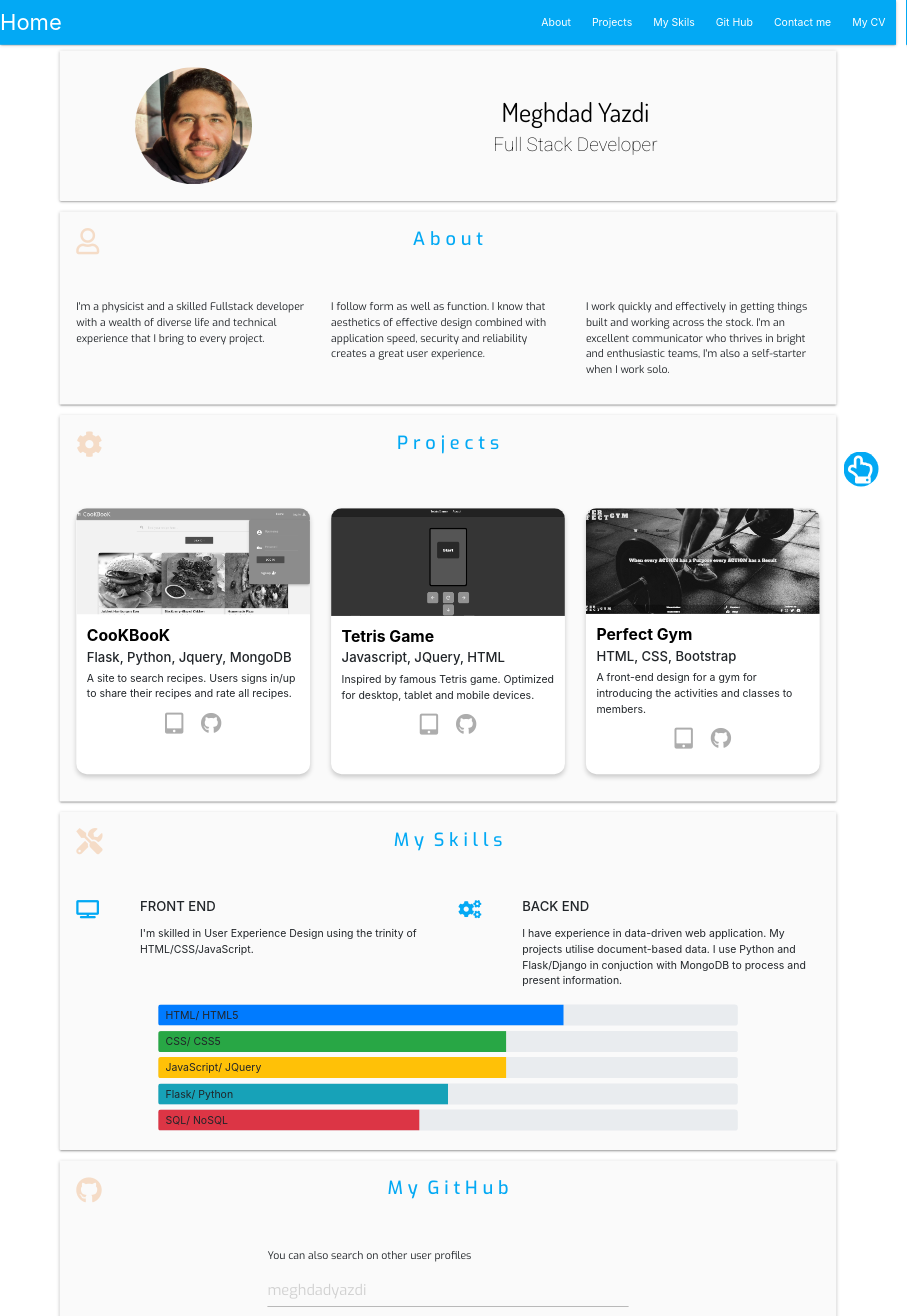
Repository: meghdadyazdi/SD_Res
Page: index.html
The author's editor kept a record of every edit. The page is drawn from the files as they stood at one moment, then again after the next edit.
The browser window is 1280 px wide. The page is 1295 px wide, so the pictures cover 1295 px, including what lies to the right of the window. The pictures show the part of the page from y = 0 to 1880 px (the page is 2607 px tall), at 70% of full size.
Some web libraries are served in a nearby version.

Above is the page before.
Console error: ReferenceError: $ is not defined

### index.html
<!DOCTYPE html>
<html lang="en">

<head>
  <meta charset="UTF-8">
  <meta name="viewport" content="width=device-width, initial-scale=1.0">
  <meta http-equiv="X-UA-Compatible" content="ie=edge">
  <link rel="stylesheet" href="https://cdnjs.cloudflare.com/ajax/libs/materialize/1.0.0/css/materialize.min.css">
  <link href="https://fonts.googleapis.com/icon?family=Material+Icons" rel="stylesheet">
  <link rel="stylesheet" href="assets/style.css" type="text/css" />
  <link href="https://fonts.googleapis.com/css?family=Raleway:100,100i,200,200i,300,300i,400,400i,500,500i,600,600i,700,700i,800,800i,900,900i&display=swap&subset=latin-ext" rel="stylesheet">
  <link rel="stylesheet" href="https://stackpath.bootstrapcdn.com/bootstrap/4.4.1/css/bootstrap.min.css" integrity="sha384-Vkoo8x4CGsO3+Hhxv8T/Q5PaXtkKtu6ug5TOeNV6gBiFeWPGFN9MuhOf23Q9Ifjh" crossorigin="anonymous">
  <link href="https://fonts.googleapis.com/css?family=Roboto+Slab:400,700&display=swap" rel="stylesheet">
  <link rel="stylesheet" href="https://use.fontawesome.com/releases/v5.6.1/css/all.css" integrity="sha384-gfdkjb5BdAXd+lj+gudLWI+BXq4IuLW5IT+brZEZsLFm++aCMlF1V92rMkPaX4PP" crossorigin="anonymous">
  <link href="https://fonts.googleapis.com/css?family=Dosis&display=swap" rel="stylesheet">
  <script type="text/javascript" src="assets/js/github-information.js"></script>
  <title>Meghdad Yazdi's Resume</title>

  <script type="text/javascript" src="https://cdn.jsdelivr.net/npm/emailjs-com@2.3.2/dist/email.min.js"></script>
  <script type="text/javascript">
    (function() {
      emailjs.init("user_qJqSswG9orTrNOoYLmxQi");
    })();
  </script>
</head>

<body>



  <nav>
    <div class="nav-wrapper">
      <a id="home" href="index.html" class="brand-logo">Home</a>
      <a href="#" data-target="mobile-demo" class="sidenav-trigger"><i class="material-icons">menu</i></a>
      <ul class="right hide-on-med-and-down">
        <li><a href="#about">About</a></li>
        <li><a href="#projects">Projects</a></li>
        <li><a href="#skills">My Skils</a></li>
        <li><a href="#github">Git Hub</a></li>
        <li><a href="#contact">Contact me</a></li>
        <li><a href="#cv">My CV</a></li>
      </ul>
    </div>
    <ul class="sidenav text-font" id="mobile-demo">
      <li><a href="#about">About</a></li>
      <li><a href="#projects">Projects</a></li>
      <li><a href="#skills">My Skils</a></li>
      <li><a href="#github">Git Hub</a></li>
      <li><a href="#contact">Contact me</a></li>
      <li><a href="#cv">My CV</a></li>
    </ul>
  </nav>


  <section class="container">
    <div class="card-panel grey lighten-5 z-depth-1">
      <div class="row valign-wrapper">
        <div class="col-sm-4 center">
          <!--<div class="col my_img">-->
          <img src="assets/images/meghdad_res2.jpg" alt="" class="circle responsive-img center">
          <!-- notice the "circle" class -->
          <!--</div>-->
        </div>
        <div class="col-sm-8 center">
          <div class="row">
            <div class="col-sm-12 center">
              <span class="black-text name-font">
                Meghdad Yazdi
              </span>
            </div>
            <div class="col-sm-12 center">
              <span class="black-text my-font">
                Full Stack Developer
              </span>
            </div>
          </div>
        </div>
      </div>
    </div>
  </section>

  <section class="container">
    <div class="card-panel grey lighten-5 z-depth-1">
      <div><i class="far fa-user icons"></i></div>
      <div class="row">
        <div class="col-sm-12 text-font">
          <h3 id="about" class="three-reasons-icon">A b o u t</h3>
        </div>
        <div class="col-sm-6 col-md-4 text-font m0">

          <p>
            I'm a physicist and a skilled Fullstack developer with a wealth of diverse life and technical experience that I bring to every project.
          </p>
        </div>
        <div class="col-sm-6 col-md-4 text-font m0">
          <!--<h3>HOW DO I DO IT?</h3>-->
          <p>
            I follow form as well as function. I know that aesthetics of effective design combined with application speed, security and reliability creates a great user experience.
          </p>
        </div>
        <div class="col-sm-6 col-md-4 text-font m0">
          <!--<h3>WHY HIRE ME</h3>-->
          <p>
            I work quickly and effectively in getting things built and working across the stock. I'm an excellent communicator who thrives in bright and enthusiastic teams, I'm also a self-starter when I work solo.
          </p>
        </div>
      </div>
    </div>
  </section>


  <section class="container">
    <div class="card-panel grey lighten-5 z-depth-1">
      <div><i class="fas fa-cog icons"></i></div>
      <div class="row align-items-center">
        <div class="col-sm-12 text-font">
          <h3 id="projects" class="three-reasons-icon">P r o j e c t s</h3>
        </div>

        <div class="col-sm-12 col-md-6 col-lg-4">
          <div id="cook" class="card">
            <img id="img-cook" src="assets/images/cookbook.png" alt="CooKBooK" class="work-img" style="width:100%">
            <div class="container">
              <h4><b>CooKBooK</b></h4>
              <h5>Flask, Python, Jquery, MongoDB</h5>
              <p>A site to search recipes. Users signs in/up to share their recipes and rate all recipes.</p>
              <div class="par"><a href="https://cookbook-meghdad.herokuapp.com" target="_blank"><i class="fas fa-tablet-alt"></i></a> &nbsp&nbsp&nbsp&nbsp
                <a href="https://github.com/meghdadyazdi/cookbook" target="_blank"><i class="fab fa-github"></i></a></div>
            </div>
          </div>
        </div>


        <div class="col-sm-12 col-md-6 col-lg-4">
          <div id="tetris" class="card">
            <img id="img-tetris" src="assets/images/Tetris.png" alt="Tetris Game" class="work-img" style="width:100%">
            <div class="container">
              <h4><b>Tetris Game</b></h4>
              <h5>Javascript, JQuery, HTML</h5>
              <p>Inspired by famous Tetris game. Optimized for desktop, tablet and mobile devices.</p>
              <div class="par"><a href="https://meghdadyazdi.github.io/IFD-Milestone/" target="_blank"><i class="fas fa-tablet-alt"></i></a> &nbsp&nbsp&nbsp&nbsp
                <a href="https://github.com/meghdadyazdi/IFD-Milestone" target="_blank"><i class="fab fa-github"></i></a></div>
            </div>
          </div>
        </div>


        <div class="col-sm-12 col-md-6 col-lg-4">
          <div id="gym" class="card">
            <img id="img-gym" src="assets/images/gym.png" alt="Gym" class="work-img" style="width:100%">
            <div class="container">
              <h4><b>Perfect Gym</b></h4>
              <h5>HTML, CSS, Bootstrap</h5>
              <p>A front-end design for a gym for introducing the activities and classes to members.</p>
              <div class="par"><a href="https://meghdadyazdi.github.io/UCFD-Milestone/index.html" target="_blank"><i class="fas fa-tablet-alt"></i></a> &nbsp&nbsp&nbsp&nbsp
                <a href="https://github.com/meghdadyazdi/UCFD-Milestone" target="_blank"><i class="fab fa-github"></i></a></div>
            </div>
          </div>
        </div>

      </div>

    </div>
  </section>

  <section class="container">
    <div class="card-panel grey lighten-5 z-depth-1">
      <div><i class="fas fa-tools icons"></i></div>
      <div class="col-sm-12 text-font">
        <h3 id="skills" class="three-reasons-icon">M y &nbspS k i l l s</h3>
      </div>
      <div class="row">
        <div class="col-10 offset-1 offset-sm-0 col-sm-6">
          <div class="row">
            <div class="col-2">
              <i class="three-reasons-icon fa fa-tv" aria-hiden="true"></i>
            </div>
            <div class="col-10">
              <h5 class="three-reasons-heading uppercase">FRONT END</h5>
              <p>I'm skilled in User Experience Design using the trinity of HTML/CSS/JavaScript.
              </p>
            </div>
          </div>
        </div>
        <div class="col-10 offset-1 offset-sm-0 col-sm-6">
          <div class="row">
            <div class="col-2">
              <i class="three-reasons-icon fa fa-cogs" aria-hiden="true"></i>
            </div>
            <div class="col-10">
              <h5 class="three-reasons-heading uppercase">BACK END</h5>
              <p>
                I have experience in data-driven web application. My projects utilise document-based data. I use Python and Flask/Django in conjuction with MongoDB to process and present information.
              </p>
            </div>
          </div>
        </div>
      </div>


      <div class="row progress-section">
        <div class="col">
          <div class="progress">
            <div class="progress-bar" role="progressbar" aria-valuenow="90" aria-valuemin="0" aria-valuemax="100" style="width:70%;">
              <span class="sr-only">70% complete</span>
            </div>
            <span class="progress-type progress-font">HTML/ HTML5</span>
          </div>
          <div class="progress">
            <div class="progress-bar bg-success" role="progressbar" aria-valuenow="70" aria-valuemin="0" aria-valuemax="100" style="width:60%;">
              <span class="sr-only">600% complete</span>
            </div>
            <span class="progress-type progress-font">CSS/ CSS5</span>
          </div>

          <div class="progress">
            <div class="progress-bar bg-warning" role="progressbar" aria-valuenow="80" aria-valuemin="0" aria-valuemax="100" style="width:60%;">
              <span class="sr-only">60% complete</span>
            </div>
            <span class="progress-type progress-font">JavaScript/ JQuery</span>
          </div>
          <div class="progress">
            <div class="progress-bar bg-info" role="progressbar" aria-valuenow="75" aria-valuemin="0" aria-valuemax="100" style="width:50%;">
              <span class="sr-only">50% complete</span>
            </div>
            <span class="progress-type progress-font">Flask/ Python</span>
          </div>
          <div class="progress">
            <div class="progress-bar bg-danger" role="progressbar" aria-valuenow="80" aria-valuemin="0" aria-valuemax="100" style="width:45%;">
              <span class="sr-only">45% complete</span>
            </div>
            <span class="progress-type progress-font">SQL/ NoSQL</span>
          </div>
        </div>
      </div>

    </div>
  </section>

  <section class="container">
    <div class="card-panel grey lighten-5 z-depth-1">
      <div><i class="fab fa-github icons"></i></div>
      <div class="row bg-color-contact">

        <div class="col-sm-12 text-font">
          <h3 id="github" class="three-reasons-icon">M y &nbspG i t H u b</h3>
        </div>

        <div class="col-md-6 offset-md-3 center-form text-font">

          <p>
            You can also search on other user profiles
          </p>

        </div>
        <div class="col-md-6 offset-md-3 center-form text-font">
          <input type="text" id="gh-username" placeholder="meghdadyazdi" value="" oninput="fetchGitHubInformation()" />
          <div id="gh-user-data"></div>
          <div id="gh-repo-data"></div>
        </div>
      </div>
    </div>
  </section>


  <section class="container">
    <div class="card-panel grey lighten-5 z-depth-1">
      <div><i class="far fa-envelope icons"></i></i>
      </div>
      <div class="col-sm-12 text-font">
        <h3 id="contact" class="three-reasons-icon">C o n t a c t &nbsp m e</h3>
      </div>

      <form id="myform" class="text-font">
        <label>Name</label>
        <input type="text" name="from_name" />
        <label>Email</label>
        <input type="text" name="from_email" />
        <label>Message</label>
        <input type="text" name="project_request" />
        <br><br>
        <button>Send</button>
      </form>

    </div>
  </section>


  <section class="container">
    <div class="card-panel grey lighten-5 z-depth-1">
      <div><i class="far fa-file icons"></i></div>
      <div class="col-sm-12 text-font">
        <h3 id="cv" class="three-reasons-icon">M y &nbsp C V</h3>
      </div>


      <div class="col-md-6 offset-md-3 center-form text-font">

        <p class="download">
          Need a printable vesrion of my CV? Downloaded it here

          <a href="assets/CV/CV_Meghdad Yazdi_sw.pdf" target="_blank" class="">
                     <i class="fas fa-download cv-pdf" aria-hidden="true"></i>
                     <span class="sr-only">Doanload link</span></a>
        </p>

      </div>




    </div>
  </section>





  <div class="row">
    <div class="col d-none d-md-block">
      <div class="go-home">
        <a href="#home"><i class="far fa-hand-point-up up"></i></a>
      </div>
    </div>
  </div>

</body>
<script src="https://cdnjs.cloudflare.com/ajax/libs/jquery/3.4.1/jquery.min.js" integrity="sha256-CSXorXvZcTkaix6Yvo6HppcZGetbYMGWSFlBw8HfCJo=" crossorigin="anonymous"></script>
<script src="https://cdnjs.cloudflare.com/ajax/libs/materialize/1.0.0/js/materialize.min.js"></script>
<script type="text/javascript" src="assets/js/jquery.js"></script>
<script src="https://smtpjs.com/v3/smtp.js"></script>
<script type="text/javascript" src="assets/js/main.js"></script>
<script src="assets/js/sendEmail.js"></script>


</html>

### assets/style.css
@import url('https://fonts.googleapis.com/css?family=Roboto:100,200,300,400,500,600,700|Exo:100,200,300,400,500,600,700');

nav {
    background-color: #03a9f4;
}

.sidenav {
    width: 150px;
    background-color: #03a9f4;
}

.row .col.m2 {
    width: 50%;
    margin: 0;
}

.row .col.s12 {
    width: 50%;
    margin: 0;
}

.card-panel{
    position: relative;
}

.dark-bg{
    background-color: #676767;
}

.go-home {
  position: fixed;
  right: 25px;
  bottom: 25px;
  width: 50px;
  height: 50px;
  border-radius: 50%;
  background-color: #03a9f4;
  color: white;
  text-align: center;
}

.fa-hand-point-up{
  font-size: 40px;
  margin: 5px 2px 0 0;
}

.up {
    color: #fff !important;
}

.center {
  display: block;
  margin-left: auto;
  margin-right: auto;
  width: 50%;
}

img.responsive-img {
    max-width: 50%;
}
.name-font{
    font-family: 'Dosis', sans-serif;
    /*font-family: "Roboto", sans-serif;*/
    font-size: 2.5rem;
    font-weight: 400;
    text-align: center;
}
.my-font{
    /*font-family: 'Dosis', sans-serif;*/
    font-family: "Roboto", sans-serif;
    font-size: 1.8rem;
    /*text-align: center;*/
    font-weight: 100;
}
.text-font{
    /*font-family: 'Dosis', sans-serif;*/
    font-family: "Exo", sans-serif;
    font-size: 1rem;
    /*text-align: center;*/
    font-weight: 400;
}
.row{
    margin: 0;
}

.m0{
  margin: 0 !important;
}

.p0{
  padding: 0 !important;
}

/*.row .col-sm-6{*/
/*  margin-top: 5rem; */
/*}*/

a:hover {
    color: #fff !important;
    text-decoration: none !important;
}

.card {
  box-shadow: 0 4px 8px 0 rgba(0,0,0,0.2);
  transition: 0.3s;
  width: 100%;
  height: 380px;
  border-radius: 15px !important;
  border: 0px solid rgba(0,0,0,.125) !important;
}

.card:hover {
  box-shadow: 0 8px 90px 0 rgba(0,0,0,1);
}

.mauto{
  margin: auto !important;
}

.fa-tablet-alt{
  font-size: 30px;
  color: #adadad
}

.fa-tablet-alt:hover{
  transform: rotate(5deg);
  color: #5a5a5a;
}

.fa-github{
  font-size: 30px;
  color: #adadad
}

.fa-github:hover{
  transform: rotate(5deg);
  color: #5a5a5a;
}

.par{
  text-align: center;
}

.work-img{
  filter: grayscale(100%);
}

#img-cook,
#img-tetris,
#img-gym{
  border-radius: 15px 15px 0 0;
}

h4{
  margin-top: 1rem !important;
  color: #000;
}

h3{
text-align:center;
font-size:26px;
margin-bottom: 70px !important;
}

.card-img{

}

/*__________________________Skils______________________________*/

.progress{
    position: relative;
    height: 30px !important;
    margin-bottom: 4px;
}

.progress-type{
    position: absolute;
    left: 0;
    font-weight: 400;
    padding: 4px 39px 19px 10px;
    color: #212529;
}

.progress-section{
    margin: 0px auto!important;
    width: 80%;
}

.progress-font{
  font-size: 15px;
}

/*___________________________three reason___________________________________*/

.three-reasons-icon{
    font-size: 26px;
    color: #03a9f4;
}

.three-reasons-heading{
    margin-bottom: 15px;
}


/*__________________________Github_____________________________*/
#search-area {
  display: block;
  max-width: 70%;
  margin: 0 auto;
  background: #fff;
  padding: 15px 25px;
  -webkit-box-shadow: 1px 2px 3px -1px rgba(0, 0, 0, 0.4);
  -moz-box-shadow: 1px 2px 3px -1px rgba(0, 0, 0, 0.4);
  box-shadow: 1px 2px 3px -1px rgba(0, 0, 0, 0.4);
  -webkit-border-radius: 4px;
  -moz-border-radius: 4px;
  border-radius: 4px;
}

#gh-api-data {
  display: block;
  padding: 25px 0;
}

#loader {
  display: block;
  width: 200px;
  height: 200px;
  margin: 0 auto;
}


/* page content styles */

.small-name {
  font-size: 0.75em;
  color: #a9a9a9 ;
  font-style: italic;
}

.avi {
  float: left;
  margin-right: 7px;
  margin-bottom: 7px;
}

.avi img {
  border: 1px solid #ccc;
  padding: 3px;
}

.repo-list {
  display: block;
  clear: both;
  width: 100%;
}

.repo-list ul {
  font-size: 1.2em;
}

.repo-list ul li {
  display: block;
}

.repo-list ul li a {
  font-weight: bold;
  padding: 6px 9px;
  display: block;
  float: left;
  margin-right: 10px;
  margin-bottom: 10px;
  text-decoration: none;
  border: 1px solid #356492;
  -webkit-border-radius: 3px;
  -moz-border-radius: 3px;
  border-radius: 3px;
  color: #fff;
  background-color: #3673af;
  background-image: -webkit-gradient(linear, left top, left bottom, from(#5597d8), to(#3673af));
  background-image: -webkit-linear-gradient(top, #5597d8, #3673af);
  background-image: -moz-linear-gradient(top, #5597d8, #3673af);
  background-image: -ms-linear-gradient(top, #5597d8, #3673af);
  background-image: -o-linear-gradient(top, #5597d8, #3673af);
  background-image: linear-gradient(top, #5597d8, #3673af);
}

.repo-list ul li a:hover {
  background-color: #396895;
  background-image: -webkit-gradient(linear, left top, left bottom, from(#4b87c2), to(#396895));
  background-image: -webkit-linear-gradient(top, #4b87c2, #396895);
  background-image: -moz-linear-gradient(top, #4b87c2, #396895);
  background-image: -ms-linear-gradient(top, #4b87c2, #396895);
  background-image: -o-linear-gradient(top, #4b87c2, #396895);
  background-image: linear-gradient(top, #4b87c2, #396895);
}

.repo-list ul li a:active {
  -webkit-box-shadow: inset 0 3px 5px rgba(0, 0, 0, 0.25);
  -moz-box-shadow: inset 0 3px 5px rgba(0, 0, 0, 0.25);
  box-shadow: inset 0 3px 5px rgba(0, 0, 0, 0.25);
}

.repo-list ul li a span {
  font-family: "Courier New", Courier, "Lucida Typewriter", monospace;
  font-size: 0.9em;
}

/* input field */

#gh-username {
  display: block;
  padding: 0;
  font-size: 1.4em;
  color: #666;
  /*max-width: 550px;*/
  margin-bottom: 15px;
}


#gh-submit {
  display: inline-block;
  padding: 8px 18px;
  font-size: 14px;
  font-weight: bold;
  color: #444;
  text-decoration: none;
  text-shadow: 0 1px 0 rgba(255, 255, 255, 0.8);
  background-color: #eaeaea;
  background-image: -webkit-linear-gradient(#fafafa, #eaeaea);
  background-image: -moz-linear-gradient(#fafafa, #eaeaea);
  background-image: -ms-linear-gradient(top, #fafafa, #eaeaea);
  background-image: -o-linear-gradient(top, #fafafa, #eaeaea);
  background-image: linear-gradient(#fafafa, #eaeaea);
  border-radius: 3px;
  border: 1px solid #ddd;
  border-bottom-color: #c5c5c5;
  -webkit-box-shadow: 0 1px 3px rgba(0, 0, 0, 0.05);
  -moz-box-shadow: 0 1px 3px rgba(0, 0, 0, 0.05);
  box-shadow: 0 1px 3px rgba(0, 0, 0, 0.05);
}

#gh-submit:hover {
  background-color: #dadada;
  background-image: -webkit-linear-gradient(#eaeaea, #dadada);
  background-image: -moz-linear-gradient(#eaeaea, #dadada);
  background-image: -ms-linear-gradient(top, #eaeaea, #dadada);
  background-image: -o-linear-gradient(top, #eaeaea, #dadada);
  background-image: linear-gradient(#eaeaea, #dadada);
  border-color: #ccc #ccc #b5b5b5;
}

#gh-submit:active {
  background-color: #dadada;
  background-image: none;
  border-color: #b5b5b5;
  -webkit-box-shadow: inset 0 3px 5px rgba(0, 0, 0, 0.25);
  -moz-box-shadow: inset 0 3px 5px rgba(0, 0, 0, 0.25);
  box-shadow: inset 0 3px 5px rgba(0, 0, 0, 0.25);
}


/*_______________________________Form_____________________________*/

form {
  width: 90%;
  padding: 20px 25px;
  margin: auto;
  margin-top: 30px;
}
form input,
form textarea {
  font: inherit;
  padding: 5px 5px;
  width: 100%;
  margin-top: 3px;
  margin-bottom: 15px;
  box-sizing: border-box;
}
form button {
  border: 1px solid rgba(0,0,0,0.2);
  padding: 8px 35px;
  font-size: 12px;
  background: #03a9f4;
  color: white;
  border-radius: 10px;
}
form label {
  color: #777;
  font-size: 11px;
  margin-bottom: 2px;
  display: block;
}

button:focus {
    background-color: #934500;
}

/*_____________________________icons______________________________*/

.icons{
  font-size: 2.5rem;
  color: #e6822e40;
  position: absolute;
  z-index: 9999;
}

.icon-in{
  font-size: 1rem;
  color: #e6822e40;
  position: absolute;
  z-index: 9999;
  margin-top: 13px;
  margin-left: 6px;

}

/*_____________________________cv______________________________*/

.cv-pdf{
  font-size: 1.5rem;
  color: #03a9f4;
}

.download{
  text-align: center;
}

### assets/js/main.js
function sendEmail() {
	Email.send({
	Host: "smtp.gmail.com",
	Username : "meghdad23@gmail.com",
	Password : "",
	To : 'meghdadyazdi@yahoo.com',
	From : "meghdad23@gmail.com",
	Subject : "helloommmmmmmmmm",
	Body : "",
	}).then(
		message => alert("mail sent successfully")
	);
}

### assets/js/sendEmail.js
var myform = $("form#myform");
myform.submit(function(event){
	event.preventDefault();

	var params = myform.serializeArray().reduce(function(obj, item) {
     obj[item.name] = item.value;
     return obj;
  }, {});

  // Change to your service ID, or keep using the default service
  var service_id = "default_service";

  var template_id = "cv_form";
  myform.find("button").text("Sending...");
  emailjs.send(service_id, template_id, params)
  	.then(function(){
       alert("Sent!");
       myform.find("button").text("Send");
     }, function(err) {
       alert("Send email failed!\r\n Response:\n " + JSON.stringify(err));
       myform.find("button").text("Send");
    });

  return false;
});

Loaded but not shown: assets/js/jquery.js (89 lines, source omitted); assets/js/github-information.js (80 lines, source omitted)

After the next edit:
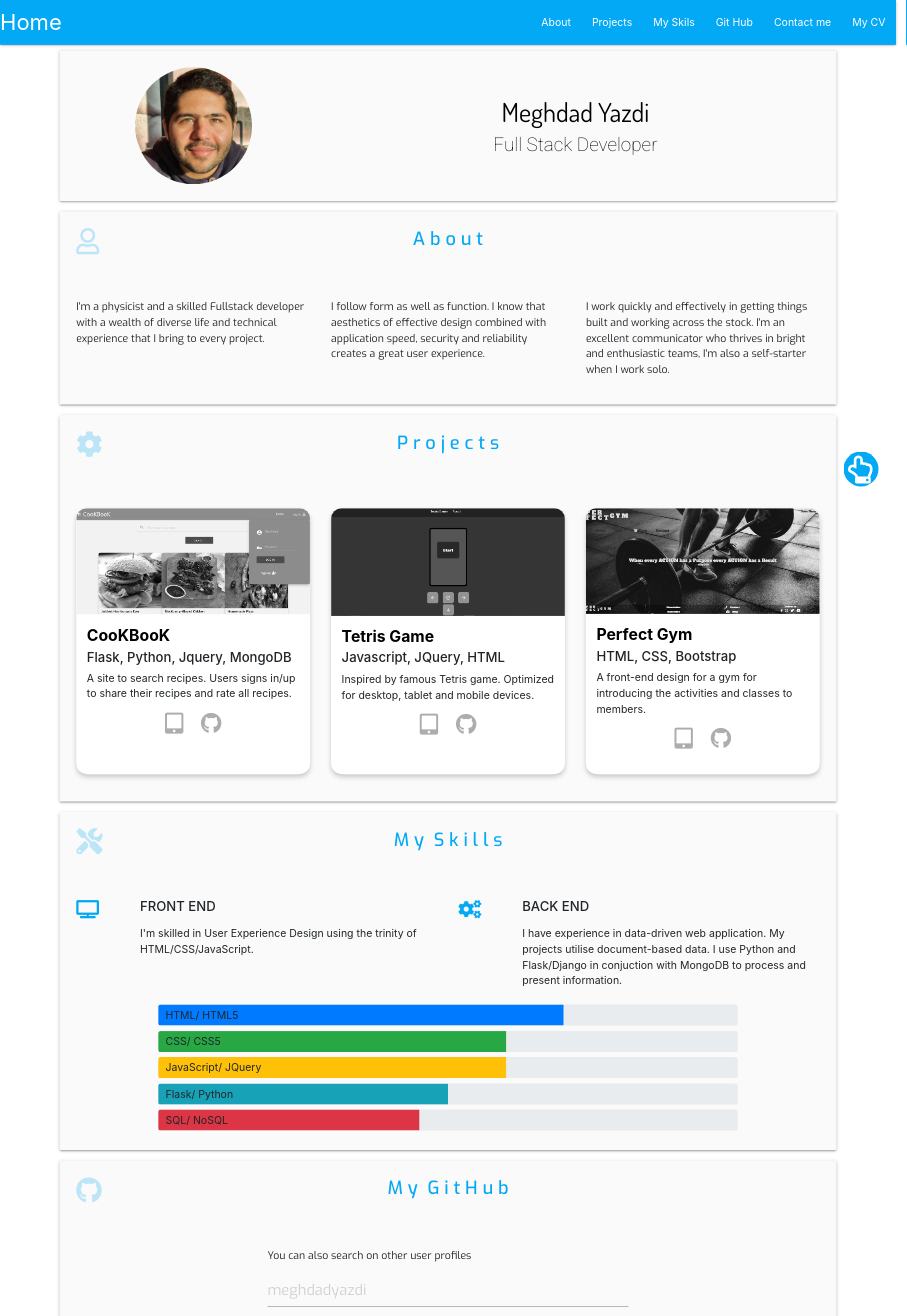
The edit:
--- a/assets/style.css
+++ b/assets/style.css
@@ -401,7 +401,7 @@
 
 .icons{
   font-size: 2.5rem;
-  color: #e6822e40;
+  color: #03a9f440;
   position: absolute;
   z-index: 9999;
 }
